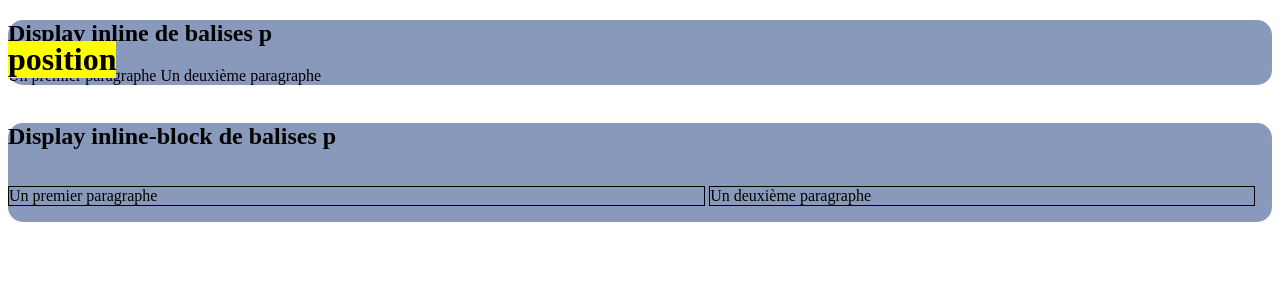
Repository: serviceshuios/Git-Aix-Web
Page: affichage-positionnement/WebContent/index.html
An editor plug-in stored every save of this project. The page is shown before and after the next save, followed by the edit.
The browser window is 1280 px wide. The pictures show the whole page.

Above is the page before, as saved 2018-10-25 13:31:36.

### affichage-positionnement/WebContent/index.html
<!DOCTYPE html>
<html>
<head>
<meta charset="utf-8" />
<title>AFFICHAGE ET POSITIONNEMENT</title>
<link rel="stylesheet" href="css/style.css" />

</head>
<body>
	<h1>position</h1>
	<div>
		<h2>Display inline de balises p</h2>
		<p class="para1">Un premier paragraphe</p>
		<p class="para2">Un deuxième paragraphe</p>
	</div>
	<br/>
	<div>
		<h2>Display inline-block de balises p</h2>
		<p class="para3">Un premier paragraphe</p>
		<p class="para4">Un deuxième paragraphe</p>
	</div>
	<script src="js/script.js"></script>
</body>
</html>

### affichage-positionnement/WebContent/css/style.css
@charset "utf-8";
div {
	background-color: #89B;
	border-radius: 15px;
}

.para1, .para2{
	display: inline;
}
.para3 {
	display: inline-block;
	border: 1px solid black;
	width: 55%;
}

.para4 {
	display: inline-block;
	border: 1px solid black;
	width: 43%;
}
h1 {
	position: fixed;
	background-color: yellow;
}

Loaded but not shown: affichage-positionnement/WebContent/js/script.js (no stored copy; drawn as an empty file)

After the next save:
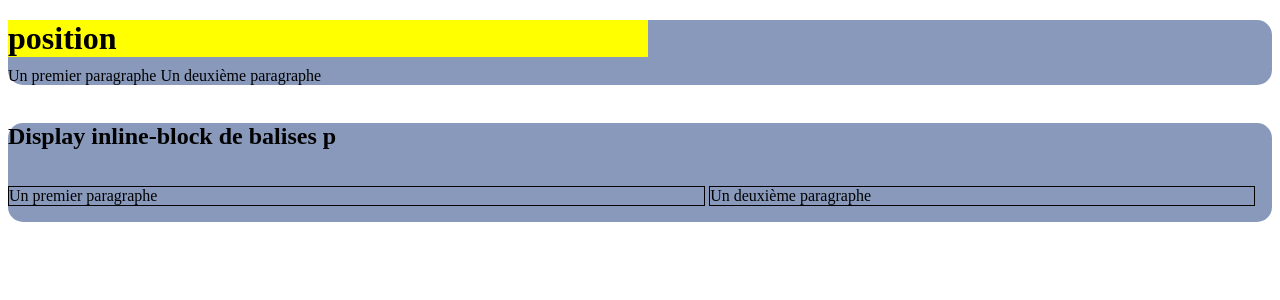
Saved 39 s later.
--- a/affichage-positionnement/WebContent/css/style.css
+++ b/affichage-positionnement/WebContent/css/style.css
@@ -19,6 +19,8 @@
 	width: 43%;
 }
 h1 {
+	margin: auto;
+    width: 50%;
 	position: fixed;
 	background-color: yellow;
 }

After the 3 saves that followed:
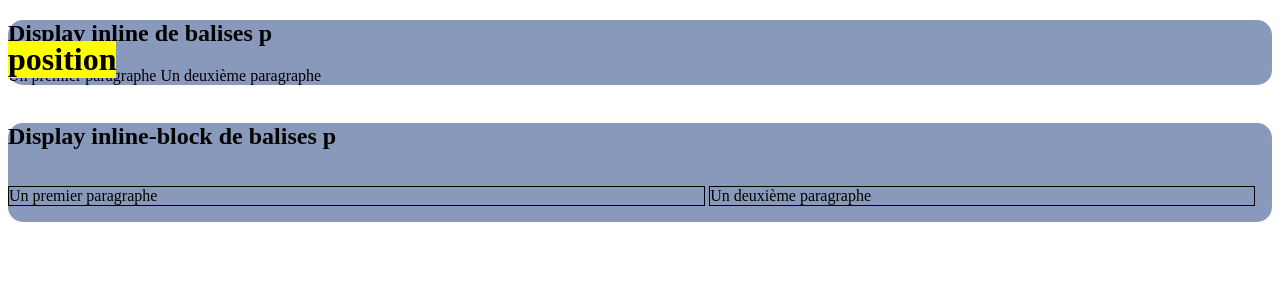
The 3 saves are shown as one change because 2 left the picture as it was.
The last was saved 100 s later.
--- a/affichage-positionnement/WebContent/index.html
+++ b/affichage-positionnement/WebContent/index.html
@@ -19,6 +19,7 @@
 		<p class="para3">Un premier paragraphe</p>
 		<p class="para4">Un deuxième paragraphe</p>
 	</div>
+
 	<script src="js/script.js"></script>
 </body>
 </html>
--- a/affichage-positionnement/WebContent/css/style.css
+++ b/affichage-positionnement/WebContent/css/style.css
@@ -19,8 +19,6 @@
 	width: 43%;
 }
 h1 {
-	margin: auto;
-    width: 50%;
 	position: fixed;
 	background-color: yellow;
 }
